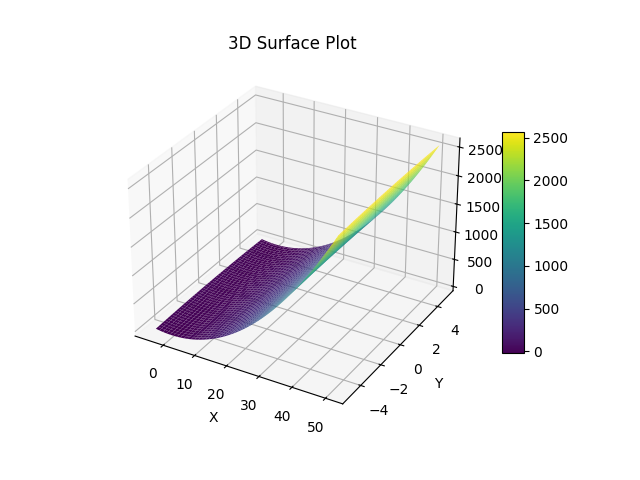
Repository: leoh1223/HW_Python
Script's output: python HW.py
An editor plug-in stored every save of this project. The script's output is shown before and after the next save, followed by the edit.
Random numbers start from a fixed seed.

Above is the script's output before, as saved 2024-01-08 15:25:34.

### HW.py
import numpy as np
import matplotlib.pyplot as plt
# from mpl_toolkits.mplot3d import Axes3D

# Create a meshgrid of x and y values
x = np.linspace(-5, 51, 100)
y = np.linspace(-5, 5, 100)
x, y = np.meshgrid(x, y)

# Define a function to generate z values (example: a saddle shape)
z = x**2 - y**2

# Create a 3D plot
fig = plt.figure()
ax = fig.add_subplot(111, projection='3d')

# Plot the surface
surface = ax.plot_surface(x, y, z, cmap='viridis')

# Add a colorbar
fig.colorbar(surface, ax=ax, shrink=0.6, aspect=10)

# Set labels
ax.set_xlabel('X')
ax.set_ylabel('Y')
ax.set_zlabel('Z')

# Set the title
ax.set_title('3D Surface Plot')
# Show the plot
plt.savefig('3d_surface_plot.png', dpi=300)  # Specify the filename and optional DPI
# plt.show()

After the next save:
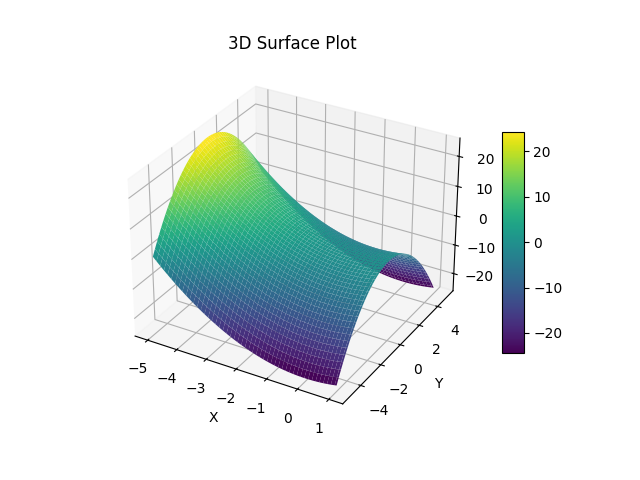
Saved 4 s later.
--- a/HW.py
+++ b/HW.py
@@ -3,7 +3,7 @@ import matplotlib.pyplot as plt
 # from mpl_toolkits.mplot3d import Axes3D
 
 # Create a meshgrid of x and y values
-x = np.linspace(-5, 51, 100)
+x = np.linspace(-5, 1, 100)
 y = np.linspace(-5, 5, 100)
 x, y = np.meshgrid(x, y)
 
